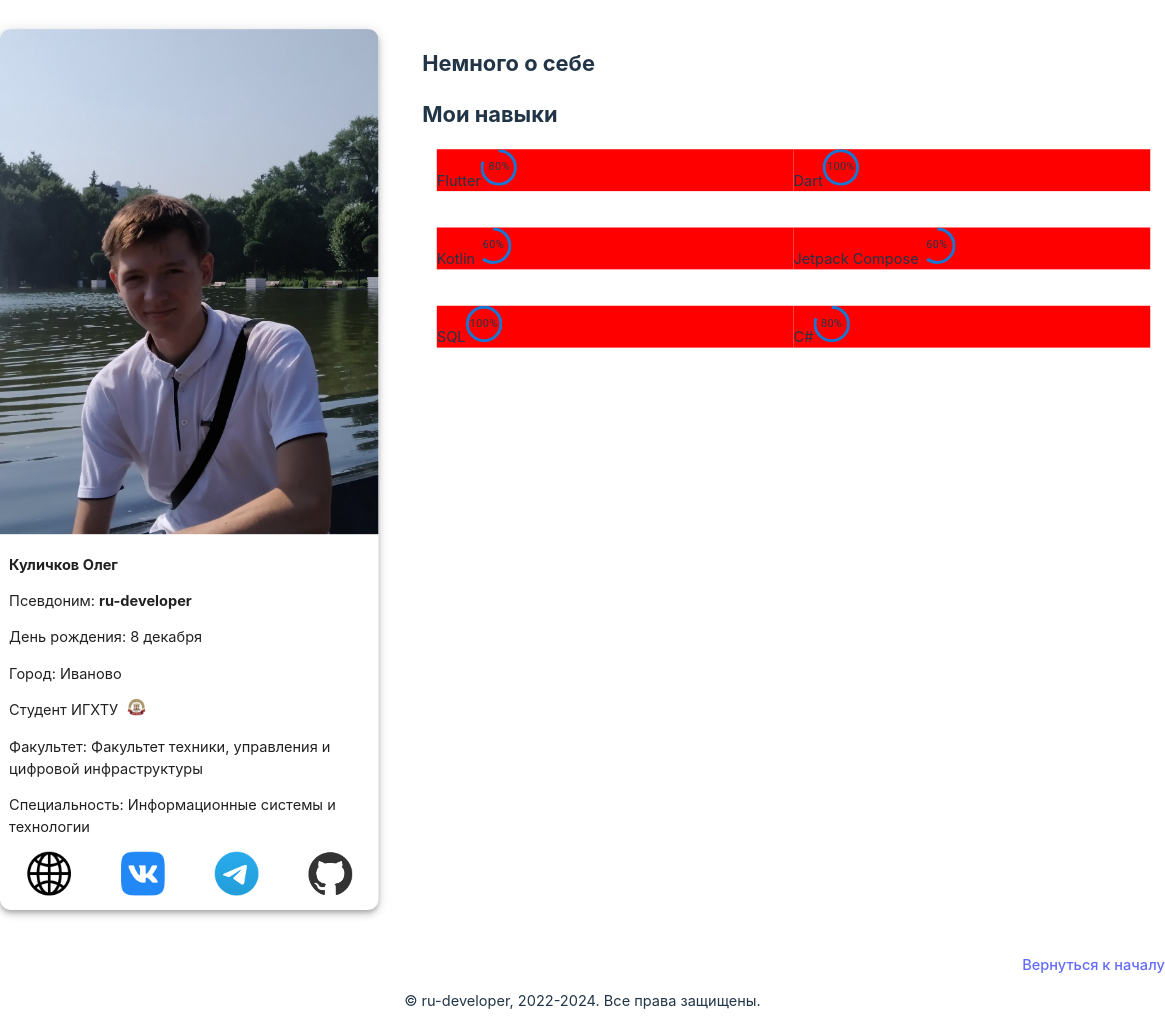
Repository: HubOl01/my_profile
Page: /
The author's editor kept a copy of each file at every save. The page is drawn from the files as they stood at one save, then again after a run of saves.
The browser window is 1280 px wide. The pictures show the whole page, at 91% of full size.
The project was rebuilt for these pictures with package versions that can differ from the ones it lists, and the page was loaded fresh each time. Also part of the build but not shown: vite.config.ts, src/components/header/Header.module.scss, src/data/websites.ts.

Above is the page before, as saved 2024-03-09 10:51:22.

### src/App.tsx
import { Grid } from '@mui/material'
import './App.css'
import Common from './components/center/Common'
import Footer from './components/footer/Footer'
import Header from './components/header/Header'
import LeftBar from './components/left/LeftBar'
import style from './App.module.scss'

function App() {

  return (
    <>
      <Header />
      <Grid container spacing={2}>
        <Grid className={style.profile} item xs={4}>
          <LeftBar />
        </Grid>
        <Grid item xs>
          <Common />
        </Grid>
      </Grid>
      <Footer />
    </>
  )
}

export default App

### src/App.css
#root {
  max-width: 1280px;
  margin: 0 auto;
  /* padding: 2rem; */
  /* text-align: center; */
}
.logo:hover {
  filter: drop-shadow(0 0 2em #646cffaa);
}
.logo.react:hover {
  filter: drop-shadow(0 0 2em #61dafbaa);
}

@keyframes logo-spin {
  from {
    transform: rotate(0deg);
  }
  to {
    transform: rotate(360deg);
  }
}

@media (prefers-reduced-motion: no-preference) {
  a:nth-of-type(2) .logo {
    animation: logo-spin infinite 20s linear;
  }
}

/* .card {
  padding: 2em;
} */

.read-the-docs {
  color: #888;
}


/* .profile{
  min-width: 100%;
} */

### src/components/center/Common.tsx
import React from 'react'
import styles from './styles.module.scss'
import { Box, Grid } from '@mui/material'
import { CircularProgressWithLabel } from '../atoms/circularProgressWithLabel'
import { my_skills } from '../../data/my_skills'

export default function Common() {
  return (
    <div className={styles.center_common}>
      <h2>Немного о себе</h2>
      <p>

      </p>
      <h2>
        Мои навыки
      </h2>
      <Grid container margin={2} rowGap={5}>
        {
          my_skills.map((skill) =>
            <Grid xs={6}>
              <Box sx={{
                // width: "100%",
                background: "red",
              }}
              ><div style={{
                display: "inline",
                "textAlign": "center",
                transform: "translateY(-50%)",
              }}>
                {skill.name}

              </div>
                <CircularProgressWithLabel value={skill.progress * 100} />


              </Box>
            </Grid>
          )
        }
        {/*
        <Grid xs={6} ><CircularProgressWithLabel value={my_skills[0].progress}/></Grid> */}
        {/* <Grid xs={6} ><CircularProgressWithLabel value={}/><</Grid>
        <Grid xs={6} ><CircularProgressWithLabel value={}/><</Grid>
        <Grid xs={6} ><CircularProgressWithLabel value={}/><</Grid>
        <Grid xs={6} ><CircularProgressWithLabel value={}/><</Grid>
        <Grid xs={6} ><CircularProgressWithLabel value={}/><</Grid> */}
      </Grid>
      {/* <h2>Хобби</h2>
      <p>
        Я люблю изучать что-то новое. Я программирую на языке программирования
        C# и продолжаю осваивать язык в некоторых направлениях. (Например:
        создание мобильных приложений Xamarin и создание игр Unity)
      </p>
      <h2>Спорт</h2>
      <p>
        Я более 10 лет занимаюсь конькобежным спортом. В 16 лет выполнил
        спортивный разряд кандидат в мастера спорта. Кроме этого, с начала 1
        курса я начал заниматься легкой атлетикой. Принимаю участие в
        соревнованиях в составе сборной ИГХТУ.
      </p> */}
    </div>
  )
}

### src/components/footer/Footer.tsx
import React from 'react'

export default function Footer() {
  return (
    // <footer className="text-muted" style={{
    //   "width":"100%"
    // }}>
      <div className="container">
        <p className="float-right" style={{
      "textAlign": "right"
    }}>
          <a href="#">Вернуться к началу</a>
        </p>
        <p className="footer-text"
        style={{
          "textAlign": "center"
        }}
        >© ru-developer, 2022-{(new Date()).getFullYear()}. Все права защищены.</p>
      </div>
    // </footer>
  )
}

### src/components/header/Header.tsx
import './Header.module.scss'

export default function Header() {
  return (
      <div>
        {/* <h1>About myself</h1> */}
      </div>
  )
}

### src/components/left/LeftBar.tsx
import { Card, Grid } from '@mui/material';
import about from '../../assets/images/About.jpg';
import isuct from '../../assets/images/isuct.png';
import { websites } from '../../data/websites';
import { nickname } from '../../data/my_projects';
import style from './style.module.scss';

const list_web = websites.map((web) =>
  <Grid item xs>
    <div className="web">
      <a
        href={web.href}
        title={web.title}
      >
        <img
          className={style.img_icon}
          alt={web.alt}
          src={web.src}
          width={40}
        />
      </a>
    </div>
  </Grid>
)


const LeftBar = () => {
  return (
    <>
      <Card elevation={5}
      className={style.leftCard}
        sx={{
          borderRadius: 3,
        }} >
        <a title="Куличков Олег" href="https://vk.com/oleg01f">
          <img
            alt="about"
            src={about}
            style={{
              // borderRadius: '15px',
              display: 'flex',
              width: "100%",
            }}
            data-holder-rendered="true"
          />
        </a>
        <div style={{ padding: "5px 10px 10px 10px" }}> {/* top, right, bottom, left */}
          <div>
            <p>
              <b>Куличков Олег</b>
            </p>
            <p>
              Псевдоним: <b>{nickname}</b>
            </p>
            <p>
              <span >День рождения:</span> 8 декабря
            </p>
            <p>
              <span className="text-format">Город:</span> Иваново
            </p>
            <p>
              Студент ИГХТУ
              <img
                className="isuct"
                alt="ISUCT"
                src={isuct}
                width={20}
                style={{ "marginLeft": "10px" }}
              // data-holder-rendered="true"
              />
            </p>
            <p>
              <span className="text-format">Факультет:</span> Факультет техники,
              управления и цифровой инфраструктуры
            </p>
            <p>
              <span className="text-format">Специальность:</span> Информационные
              системы и технологии
            </p>
            {/* <p style={{
              "textAlign": "center",
              "justifyContent": "center",
              display: 'flex',
              width: "100%",

          }}>
            <span className="text-format">Социальные сети</span>
          </p> */}

            <Grid container spacing={2}

              sx={{
                'textAlign': "center",
                // display: 'flex',
                // width: "100%",
              }
              }>
              {list_web}
            </Grid>

          </div>
        </div>


      </Card>
    </>
  )
}

export default LeftBar

### src/App.module.scss
@media (max-width: 425px) {
    .profile{
      min-width: 100%;
    }
  }
  @media screen and (min-width: 426px) {
    .profile{
      min-width: 300px;
    }
  }

### src/components/center/styles.module.scss
.center_common{
    padding: 2rem;
}

### src/components/atoms/circularProgressWithLabel.tsx
import * as React from 'react';
import CircularProgress, {
  CircularProgressProps,
} from '@mui/material/CircularProgress';
import Typography from '@mui/material/Typography';
import Box from '@mui/material/Box';

export function CircularProgressWithLabel(
  props: CircularProgressProps & { value: number },
) {
  return (
    <Box sx={{ position: 'relative', display: 'inline-flex' }}>
      <CircularProgress variant="determinate" {...props} />
      <Box
        sx={{
          top: 0,
          left: 0,
          bottom: 0,
          right: 0,
          position: 'absolute',
          display: 'flex',
          alignItems: 'center',
          justifyContent: 'center',
        }}
      >
        <Typography
          variant="caption"
          component="div"
          // color="text.secondary"
        >{`${Math.round(props.value)}%`}</Typography>
      </Box>
    </Box>
  );
}

// export default function CircularWithValueLabel() {
//   const [progress, setProgress] = React.useState(10);

//   React.useEffect(() => {
//     const timer = setInterval(() => {
//       setProgress((prevProgress) => (prevProgress >= 100 ? 0 : prevProgress + 10));
//     }, 800);
//     return () => {
//       clearInterval(timer);
//     };
//   }, []);

//   return <CircularProgressWithLabel value={progress} />;
// }

### src/data/my_skills.ts
import { FullStack } from "./my_projects";

interface ISkill{
    name: string;
    progress: number;
}

export const my_skills: ISkill[] = [
    {
        name: FullStack.Flutter,
        progress: .80
    },
    {
        name: FullStack.Dart,
        progress: 1
    },
    {
        name: FullStack.Kotlin,
        progress: .6
    },
    {
        name: FullStack.Jetpack_Compose,
        progress: .6
    },
    {
        name: FullStack.SQL,
        progress: 1
    },
    {
        name: FullStack.C_sharp,
        progress: .8
    }
]

### src/data/my_projects.ts
export interface IProjects {
  title: string;
  description: string[];
  url_icon: string;
  url_images: string[];
  url_stores: string[];
  url_sources: string[];
  creator: string;
  fullStack: string[];
  platforms: string[];
  color: string;
}
export const nickname = "ru-developer";
export enum Platforms {
  Android = "Android",
  IOS = "IOS",
  Windows = "Windows",
  Linux = "Linux",
  Web = "Web",
}
// enum Colors {
//   Red = "",
//   White = "",
//   Black = "",
//   Green = "",
// }
export enum FullStack {
  Flutter = "Flutter",
  Dart = "Dart",
  Kotlin = "Kotlin",
  Jetpack_Compose = "Jetpack Compose",
  Winforms = "Winforms",
  C_sharp = "C#",
  React = "React",
  Typescript = "Typescript",
  Retrofit = "Retrofit",
  PHP = "PHP",
  SQLite = "SQLite",
  SQL = "SQL",
  MySQL = "MySQL",
  PostgreSQL = "PostgreSQL",
  Git = "Git",
  HTML = "HTML",
  CSS = "CSS",
  SCSS = "SCSS",
  Vite = "Vite",
}

export const projects: IProjects[] = [
  {
    title: "My Songbook",
    description: [
      "My Songbook – это творческая мастерская в вашем кармане. Независимо от того, являетесь ли вы гитаристом, певцом, композитором или просто энтузиастом музыки, это приложение поможет вам воплотить ваши музыкальные идеи в жизнь.",
      "\n",
      "Основные возможности:",
      "\n",
      "- Записывайте и редактируйте песни: Создавайте музыку в любое время, в любом месте. Записывайте мелодии, добавляйте тексты и настраивайте аранжировки – все это в вашем распоряжении.",
      "- Справочник аккордов для гитары: Независимо от вашего уровня мастерства, наше приложение предлагает обширный справочник аккордов для гитары. Найдите нужный аккорд и создайте свой собственный уникальный звук.",
      "- Автоскролл и легкая навигация: Никогда больше не теряйтесь в тексте. Функция автоскролла позволяет вам сконцентрироваться на музыке, а не на прокрутке текста.",
      "- Делитесь своей музыкой: Поделитесь своими произведениями с миром через социальные сети непосредственно из приложения. Позвольте всем услышать вашу творческую энергию.",
      "- Аудиофайлы с песнями: Сохраняйте свои композиции в виде аудиофайлов. Прослушивайте их в любое время или отправляйте друзьям и коллегам.",
      "\n",
      "Почему выбрать My Songbook?",
      "\n",
      "- Простота и удобство: Даже если вы начинающий музыкант, вы сможете создавать профессиональные композиции с легкостью.",
      "- Безопасное хранение ваших произведений: Ваши записи остаются конфиденциальными. Спокойно работайте над своими идеями, зная, что они в безопасности.",
      "\n",
      "Неважно, вы начинающий музыкант или профессионал, My Songbook поможет вам создать и поделиться музыкой, которая касается сердец. Начните свое музыкальное путешествие сегодня!",
    ],
    url_icon: "",
    url_images: [],
    url_stores: [
      "https://apps.rustore.ru/app/ru.ru_developer.my_songbook",
      "https://appgallery.huawei.com/app/C109087129",
      "https://global.app.mi.com/details?lo=RU&la=en_US&id=ru.ru_developer.my_songbook.mi",
    ],
    url_sources: ["https://github.com/HubOl01/my_songbook"],
    creator: nickname,
    fullStack: [FullStack.Flutter, FullStack.Dart],
    platforms: [Platforms.Android],
    color: "",
  },
  {
    title: "Мой универ - ИГХТУ",
    description: [
      '"Мой универ - ИГХТУ" - это мобильное приложение, специально разработанное для студентов Ивановского государственного химико-технологического университета. Вы теперь сможете посмотреть расписание пар даже без интернета! Также можно получать уведомления об информации пар каждый день. В приложении также доступны заметки и вы можете записывать лекции, делать пометки, прикреплять ссылки и также делиться ими.',
      "\n",
      "Основные функции приложения:",
      "\n",
      "- Календарь с расписанием пар на текущий день",
      "- Расписание лекций, практик и семинаров",
      "- Новости ВУЗа",
      "- Вход в moodle ИГХТУ",
      "- Расписание преподавателей, сессий",
      "- Поисковик",
      "- Заметки, конспекты",
      "- Уведомления об информации пар на каждый день",
      "\n",
      "Также приложение адаптировано под планшеты      ",
    ],
    url_icon: "",
    url_images: [],
    url_stores: [
      "https://apps.rustore.ru/app/ru.ru_developer.my_university_isuct",
    ],
    url_sources: ["https://github.com/HubOl01/my_university_isuct"],
    creator: nickname,
    fullStack: [FullStack.Flutter, FullStack.Dart, FullStack.PHP],
    platforms: [Platforms.Android],
    color: "",
  },
  {
    title: "MyAppHome",
    description: ["Приложение для многоквартирных домов"],
    url_icon: "",
    url_images: [],
    url_stores: [],
    url_sources: [],
    creator: "Создано вместе с командой OVERLAGO",
    fullStack: [FullStack.Flutter, FullStack.Dart],
    platforms: [Platforms.Android],
    color: "",
  },
  {
    title: "City Adventures",
    description: [],
    url_icon: "",
    url_images: [],
    url_stores: [],
    url_sources: [],
    creator: "Создано с командой на хакатоне",
    fullStack: [FullStack.Flutter, FullStack.Dart],
    platforms: [Platforms.Android],
    color: "",
  },
  {
    title: "Bellisemo",
    description: ["Student project for study architectural technologies"],
    url_icon: "",
    url_images: [],
    url_stores: [],
    url_sources: [],
    creator: "Student project",
    fullStack: [FullStack.React, FullStack.Typescript],
    platforms: [Platforms.Web],
    color: "",
  },
  {
    title: "Weather",
    description: ["Student project for study kotlin jetpack compose"],
    url_icon: "",
    url_images: [],
    url_stores: [],
    url_sources: [],
    creator: nickname,
    fullStack: [
      FullStack.Jetpack_Compose,
      FullStack.Kotlin,
      FullStack.Retrofit,
    ],
    platforms: [Platforms.Android],
    color: "",
  },
  {
    title: "My portfolio",
    description: ["Вебсайт для показа своих проектов, которые мы видим здесь"],
    url_icon: "",
    url_images: [],
    url_stores: [],
    url_sources: [],
    creator: nickname,
    fullStack: [FullStack.React, FullStack.Typescript],
    platforms: [Platforms.Web],
    color: "",
  },
];

### src/components/left/style.module.scss
@media (max-width: 699px) {
    .img_icon {
        width: 2em;
        // height: 50%;
    }
}
@media screen and (min-width: 700px) {
    .img_icon {
        width: 3em;
        // height: 50%;
    }
}
// @media screen and (max-width: 768px) {
//     .img_icon {
//         width: 50px;
//         height: 50px;
//     }
// }
div {
    display: "flex";
}
.leftCard {
    margin: 2em 0;
}
/* // .custom-card{

// } */

Loaded but not shown: index.html (common file); src/main.tsx (common file); src/index.css (common file)

After the next 3 saves:
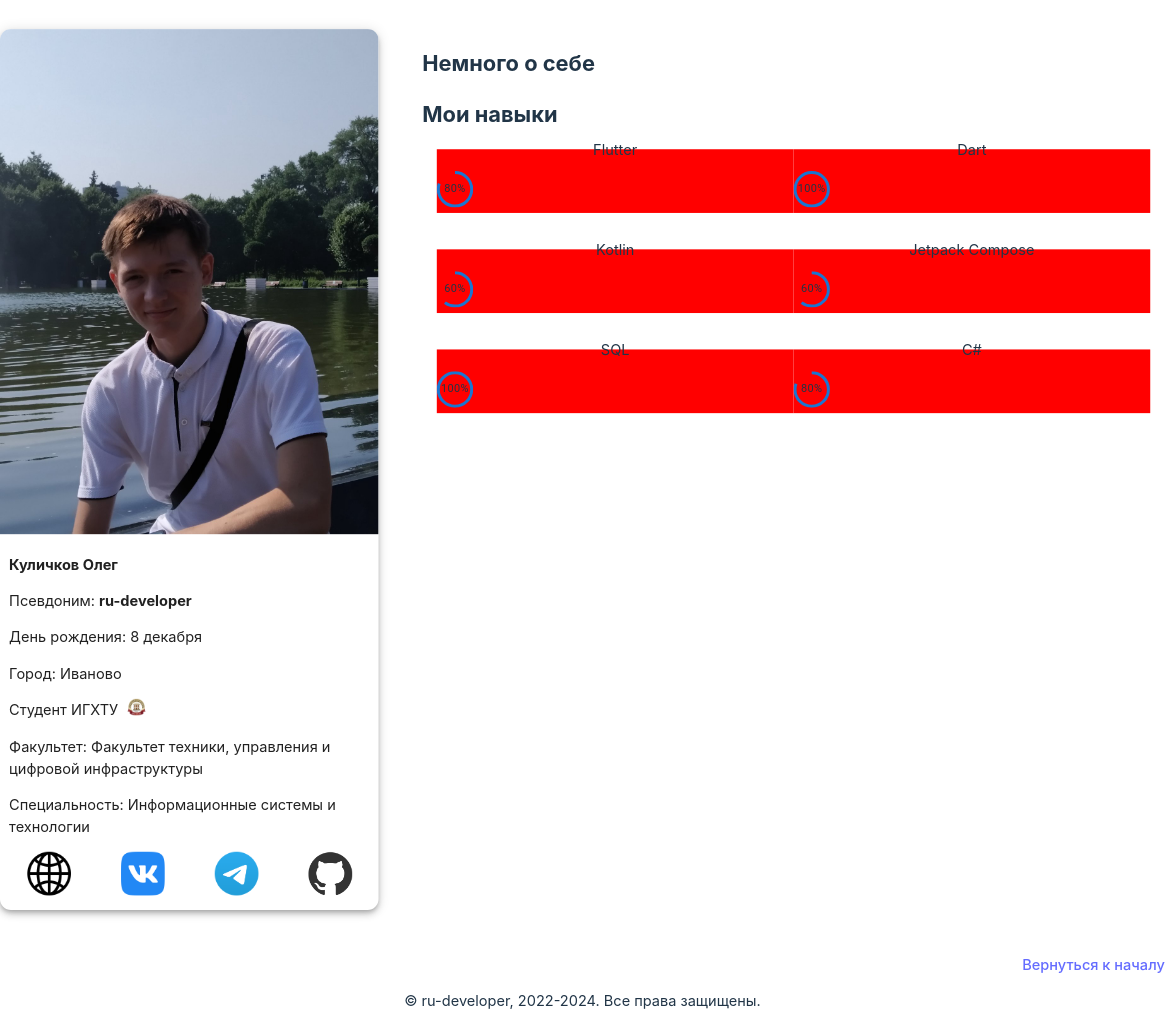
The 3 saves are shown as one change because they came seconds apart.
The last was saved 8 s later.
--- a/src/components/center/Common.tsx
+++ b/src/components/center/Common.tsx
@@ -23,7 +23,7 @@ export default function Common() {
                 background: "red",
               }}
               ><div style={{
-                display: "inline",
+                display: "inherit",
                 "textAlign": "center",
                 transform: "translateY(-50%)",
               }}>
